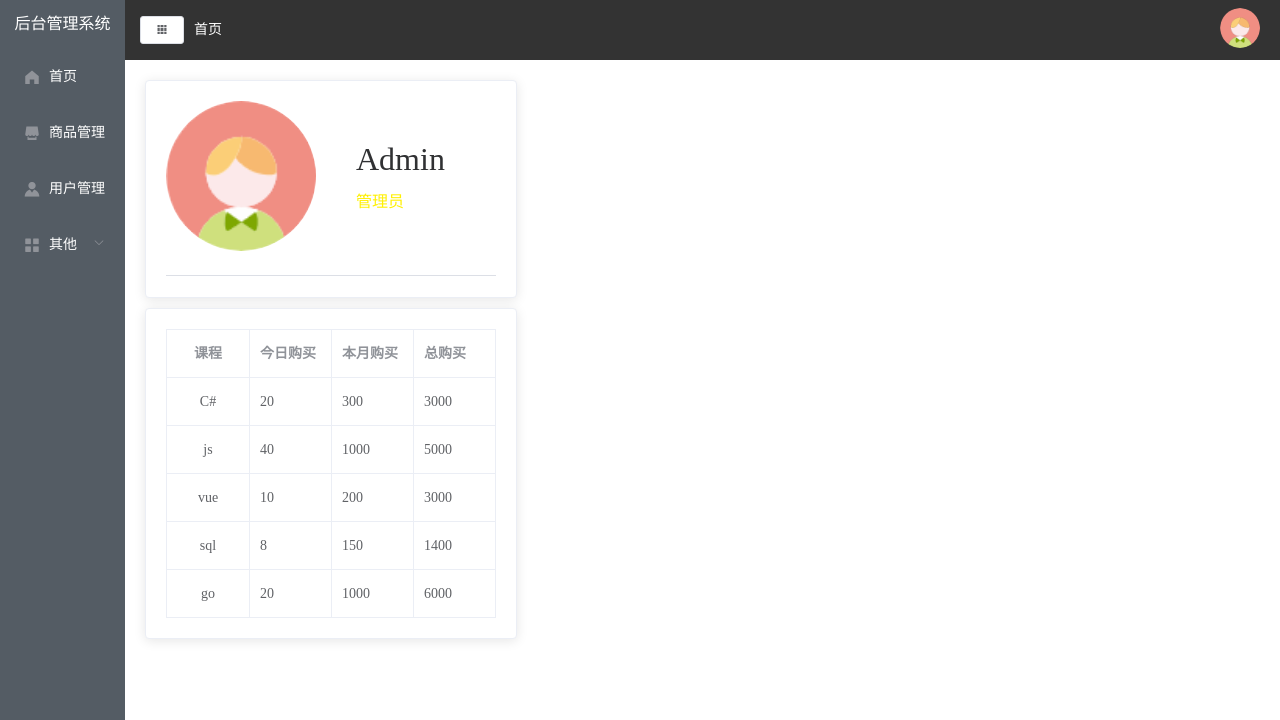
Repository: tkqi/manage
Page: /
An editor plug-in stored every save of this project. The page is shown before and after the next save, followed by the edit.
The browser window is 1280 px wide. The pictures show the whole page.
The project was rebuilt for these pictures with package versions that can differ from the ones it lists, and the page was loaded fresh each time. Also part of the build but not shown: vue.config.js.

Above is the page before, as saved 2023-12-06 10:54:25.

### src/main.js
import Vue from 'vue'
import App from './App.vue'
import router from './router'
import store from './store'
import ElementUI from 'element-ui';
import 'element-ui/lib/theme-chalk/index.css';

Vue.config.productionTip = false
Vue.use(ElementUI);

new Vue({
  router,
  store,
  render: h => h(App)
}).$mount('#app')

### src/App.vue
<template>
  <div id="app">
    <!-- 路由出口 -->
    <router-view />
  </div>
</template>

<script>
export default {
  name: 'App'
}
</script>

<style lang="less">
html,
body,
h3,
p {
  margin: 0;
  padding: 0;
}
</style>

### src/router/index.js
import Vue from 'vue'
import VueRouter from 'vue-router'
import routes from './routes'
Vue.use(VueRouter)


const router = new VueRouter({
  routes: routes
})

// 暴露router实例
export default router

### src/store/index.js
import Vue from 'vue'
import Vuex from 'vuex'
import tab from './tab.js'

Vue.use(Vuex)

const store = new Vuex.Store({
  state: {

  },
  getters: {
  },
  mutations: {
  },
  actions: {
  },
  modules: {
    tab
  }
})

export default store;

### src/router/routes.js
export default [
    // 主路由
    {
        path: '/',
        component: () => import('../views/Main.vue'),
        redirect: '/home',// 重定向
        // 子路由
        children: [
            {
                // 首页
                path: '/home',
                // 路由组件懒加载
                component: () => import('../views/Home.vue')
            },
            {
                // 用户管理
                path: '/user',
                component: () => import('../views/User.vue')
            },
            {
                // 商品管理
                path: '/mall',
                component: () => import('../views/Mall.vue')
            },
            {
                // 其他/页面1
                path: '/page1',
                component: () => import('../views/Page1.vue')
            },
            {
                // 其他/页面2
                path: '/page2',
                component: () => import('../views/Page2.vue')
            },
        ]
    },
    {
        path: '/home',
        // 路由组件懒加载
        component: () => import('../views/Home.vue')
    },
    {
        path: '/user',
        component: () => import('../views/User.vue')
    }
]

### src/store/tab.js
// 菜单相关数据
export default {
    state: {
        isCollapse: false
    },
    getters: {
        getisCollapse: (state) => state.isCollapse
    },
    mutations: {
        EDITIsCollapse(state){
            state.isCollapse = !state.isCollapse;
        }
    }
}

### src/views/Main.vue
<!-- eslint-disable vue/multi-word-component-names -->
<template>
    <div>
        <el-container>
            <el-aside width="auto">
                <sidebar />
            </el-aside>
            <el-container>
                <el-header>
                    <topbar />
                </el-header>
                <el-main>
                    <transition>
                        <keep-alive>
                            <router-view />
                        </keep-alive>
                    </transition>
                </el-main>
            </el-container>
        </el-container>
    </div>
</template>

<script>
import sidebar from '../components/sidebar.vue'
import topbar from '../components/topbar.vue';
export default {
    components: {
        sidebar,
        topbar
    }
}
</script>

<style lang="less" scoped>
.el-header {
    padding: 0;
    margin: 0;
}
</style>

### src/views/Home.vue
<!-- eslint-disable vue/multi-word-component-names -->
<template>
    <el-row>
        <el-col :span="8">
            <div>
                <el-card class="box-card">
                    <div class="user">
                        <img class="img" src="../assets/img/user-default.png" alt="">
                        <div class="user-info">
                            <P class="name">Admin</P>
                            <p class="access">管理员</p>
                        </div>
                    </div>
                    <el-divider></el-divider>
                    <div class="login-info">
                        <p>上次登录时间: <span>2023-12-03</span></p>
                        <p>上次登录地点: <span>绍兴</span></p>
                    </div>
                </el-card>
                <el-card class="table">
                    <el-table :data="tableData" border style="width: 100%">
                        <el-table-column prop="course" label="课程" :min-width="30" width="auto" align="center">
                        </el-table-column>
                        <el-table-column prop="buytoday" label="今日购买" :min-width="30" width="auto">
                        </el-table-column>
                        <el-table-column prop="buythemonth" label="本月购买" :min-width="30" width="auto">
                        </el-table-column>
                        <el-table-column prop="buyall" label="总购买" :min-width="30" width="auto">
                        </el-table-column>
                    </el-table>
                </el-card>
            </div>
        </el-col>
        <el-col :span="16">
            <div class=""></div>
        </el-col>
    </el-row>
</template>

<script>
export default {
    data() {
        return {
            tableData: [
                {
                    course: 'C#',
                    buytoday: 20,
                    buythemonth: 300,
                    buyall: 3000
                },
                {
                    course: 'js',
                    buytoday: 40,
                    buythemonth: 1000,
                    buyall: 5000
                },
                {
                    course: 'vue',
                    buytoday: 10,
                    buythemonth: 200,
                    buyall: 3000
                },
                {
                    course: 'sql',
                    buytoday: 8,
                    buythemonth: 150,
                    buyall: 1400
                },
                {
                    course: 'go',
                    buytoday: 20,
                    buythemonth: 1000,
                    buyall: 6000
                }
            ],
            countData:[
                {
                    label:'今日支付订单',
                    value:1234,
                    color:'#2ec7c9',
                    icon:'success'
                },
                {
                    label:'今日收藏订单',
                    value:120,
                    color:'#ffb980',
                    icon:'star-on'
                },
                {
                    label:'今日未支付订单',
                    value:180,
                    color:'#5ab1ef',
                    icon:'s-goods'
                },
                {
                    label:'本月支付订单',
                    value:1234,
                    color:'#2ec7c9',
                    icon:'success'
                },
                {
                    label:'本月收藏订单',
                    value:120,
                    color:'#ffb980',
                    icon:'star-on'
                },
                {
                    label:'本月未支付订单',
                    value:180,
                    color:'#5ab1ef',
                    icon:'s-goods'
                }
            ]
        }
    }
}
</script>
<style lang="less" scoped>
.box-card {
    height: 30vh;
    .user {
        display: flex;
        align-items: center;
        padding-right: 0px;

        .user-info {
            .name {
                font-size: 32px;
                margin-bottom: 10px;
            }

            .access {
                color: #fff000;
            }
        }

        img {
            height: 150px;
            width: 150px;
            border-radius: 50%;
            margin-right: 40px;
        }
    }
}

.login-info {
    line-height: 25px;

    p {
        font-size: 12px;

        span {
            font-size: 12px;
            margin-left: 50px;
        }
    }
}

.table {
    margin-top: 10px;
    height: 100%;
}
</style>

### src/components/sidebar.vue
<!-- eslint-disable vue/multi-word-component-names -->
<template>
    <el-menu class="menu" @open="handleOpen" @close="handleClose" :collapse="isCollapse" background-color="#545c64"
        text-color="#fff" active-text-color="#ffd04b">
        <h3>{{ !isCollapse?'后台管理系统':'后台' }}</h3>
        <el-menu-item v-for="item in noChildren" :key="item.name" :index="item.name" @click="clickMenu(item)">
            <i :class="`el-icon-${item.icon}`"></i>
            <span slot="title">{{ item.label }}</span>
        </el-menu-item>
        <el-submenu v-for="item in hasChildren" :key="item.label" :index="item.label">
            <template slot="title">
                <i :class="`el-icon-${item.icon}`"></i>
                <span slot="title">{{ item.label }}</span>
            </template>
            <el-menu-item-group v-for="subitem in item.children" :key="subitem.name">
                <el-menu-item :index="subitem.name" @click="clickSubmenu(subitem)">
                    <!-- <template slot="title"> -->
                    <i :class="`el-icon-${subitem.icon}`"></i>
                    <span slot="title">{{ subitem.name }}</span>
                    <!-- </template> -->
                </el-menu-item>
            </el-menu-item-group>
        </el-submenu>
    </el-menu>
</template>

<script>
export default {
    computed: {
        // 无子菜单
        noChildren() {
            return this.menuData.filter(o => !o.children);
        },
        // 有子菜单
        hasChildren() {
            return this.menuData.filter(o => o.children);
        },
        isCollapse() {
           return this.$store.state.tab.isCollapse;
        }
    },
    data() {
        return {
            // 使用store实时改变属性需要定义到computed
            // isCollapse: this.$store.getters('getisCollapse'),
            menuData: [
                {
                    path: '/',
                    name: 'home',
                    label: "首页",
                    icon: 's-home',
                    url: 'Home/Home'
                },
                {
                    path: '/mall',
                    name: 'mall',
                    label: "商品管理",
                    icon: 's-shop',
                    url: 'MallManage/MallManage'
                },
                {
                    path: '/user',
                    name: 'user',
                    label: "用户管理",
                    icon: 's-custom',
                    url: 'UserManage/UserManage'
                },
                {
                    label: '其他',
                    icon: 'menu',
                    children: [
                        {
                            path: '/page1',
                            name: 'page1',
                            label: "页面1",
                            icon: 's-claim',
                            url: 'Other/PageOne'
                        },
                        {
                            path: '/page2',
                            name: 'page2',
                            label: "页面2",
                            icon: 's-claim',
                            url: 'Other/PageTwo'
                        },
                    ]
                }
            ]
        };
    },
    methods: {
        handleOpen(key, keyPath) {
            console.log(key, keyPath);
        },
        handleClose(key, keyPath) {
            console.log(key, keyPath);
        },
        clickMenu(item) {
            console.log(this.$router.currentRoute.path);
            // 判断当前路由于点击链接的路由不一致才跳转
            if (item.path != this.$route.path && !(this.$route.path == '/home' && item.path == '/'))
                this.$router.push(item.path);
        },
        clickSubmenu(subitem) {
            // 判断当前路由于点击链接的路由不一致才跳转
            if (subitem.path != this.$route.path)
                this.$router.push(subitem.path);
        }
    }
}
</script>

<style lang="less" scoped>
.el-menu-vertical-demo:not(.el-menu--collapse) {
    width: 200px;
    min-height: 400px;
}

.menu {
    height: 100vh;
    border-right:0;
    h3 {
        color: rgb(255, 255, 255);
        text-align: center;
        line-height: 48px;
        font-size: 16px;
        font-weight: 400;
    }
}
</style>

### src/components/topbar.vue
<!-- eslint-disable vue/multi-word-component-names -->
<template>
    <div class="head-container">
        <div class="l-content">
            <el-button icon="el-icon-s-grid" size="mini" @click="changeCollapse()"/>
            <!-- 面包屑 -->
            <span class="text">首页</span>
        </div>
        <div class="r-content">
            <el-dropdown>
                <span class="el-dropdown-link">
                    <img class="img" src="../assets/img/user-default.png" alt="">
                </span>
                <el-dropdown-menu slot="dropdown">
                    <el-dropdown-item>个人中心</el-dropdown-item>
                    <el-dropdown-item>退出</el-dropdown-item>
                </el-dropdown-menu>
            </el-dropdown>
        </div>
    </div>
</template>

<script>
export default {
    data(){
        return{

        }
    },
    methods:{
        changeCollapse(){
            console.log(1);
            this.$store.commit('EDITIsCollapse');
        }
    }
}
</script>

<style lang="less" scoped>
.head-container {
    background-color: #333;
    height: 60px;
    display: flex;
    justify-content: space-between;
    align-items: center;
    padding-left: 15px;
    padding-right: 20px;
}

// .l-content {
//     padding-left: 15px;
// }

// .r-content {}

.text {
    color: white;
    font-size: 14px;
    padding-left: 10px;
}

.img{
    height: 40px;
    width: 40px;
    border-radius: 50%;
}
</style>

Loaded but not shown: public/index.html (common file)

After the next save:
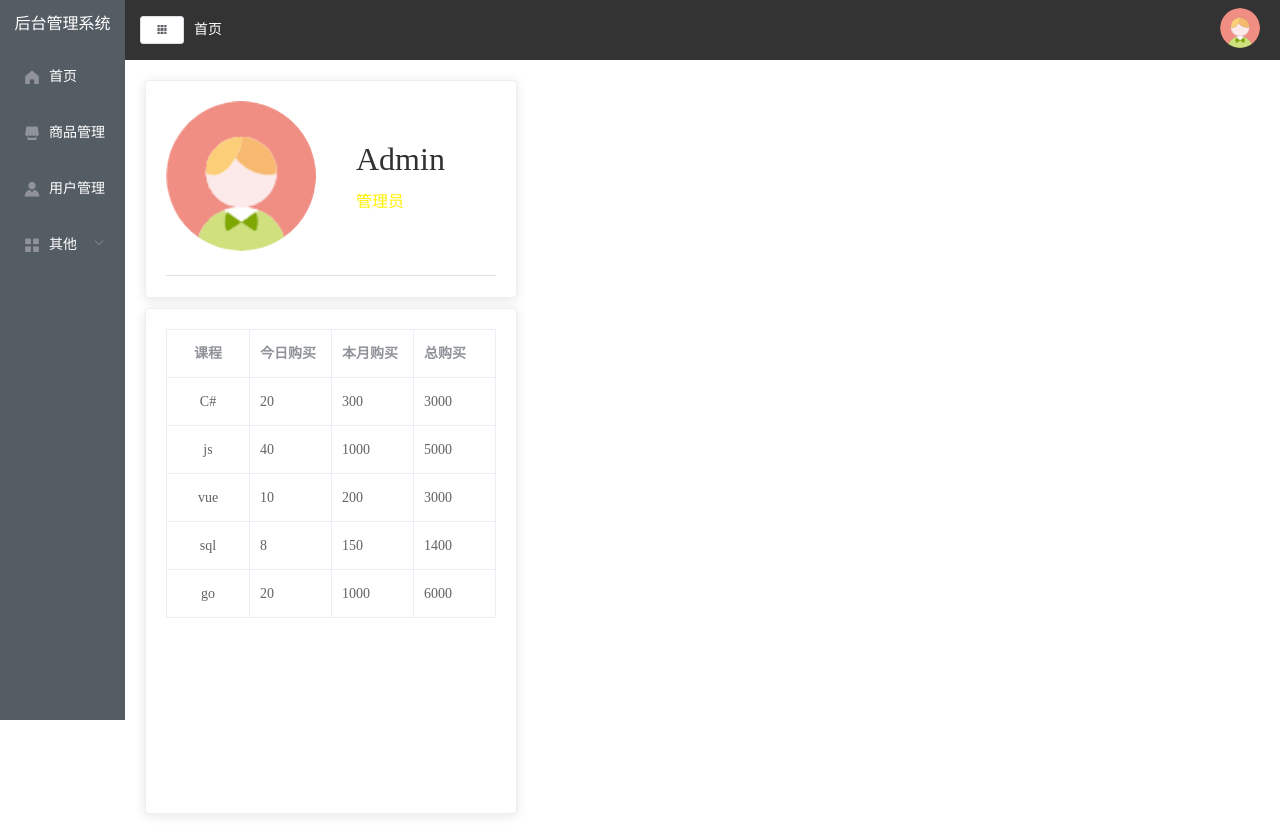
Saved 34 s later.
--- a/src/views/Home.vue
+++ b/src/views/Home.vue
@@ -158,6 +158,6 @@ export default {
 
 .table {
     margin-top: 10px;
-    height: 100%;
+    height: 70vh;
 }
 </style>
